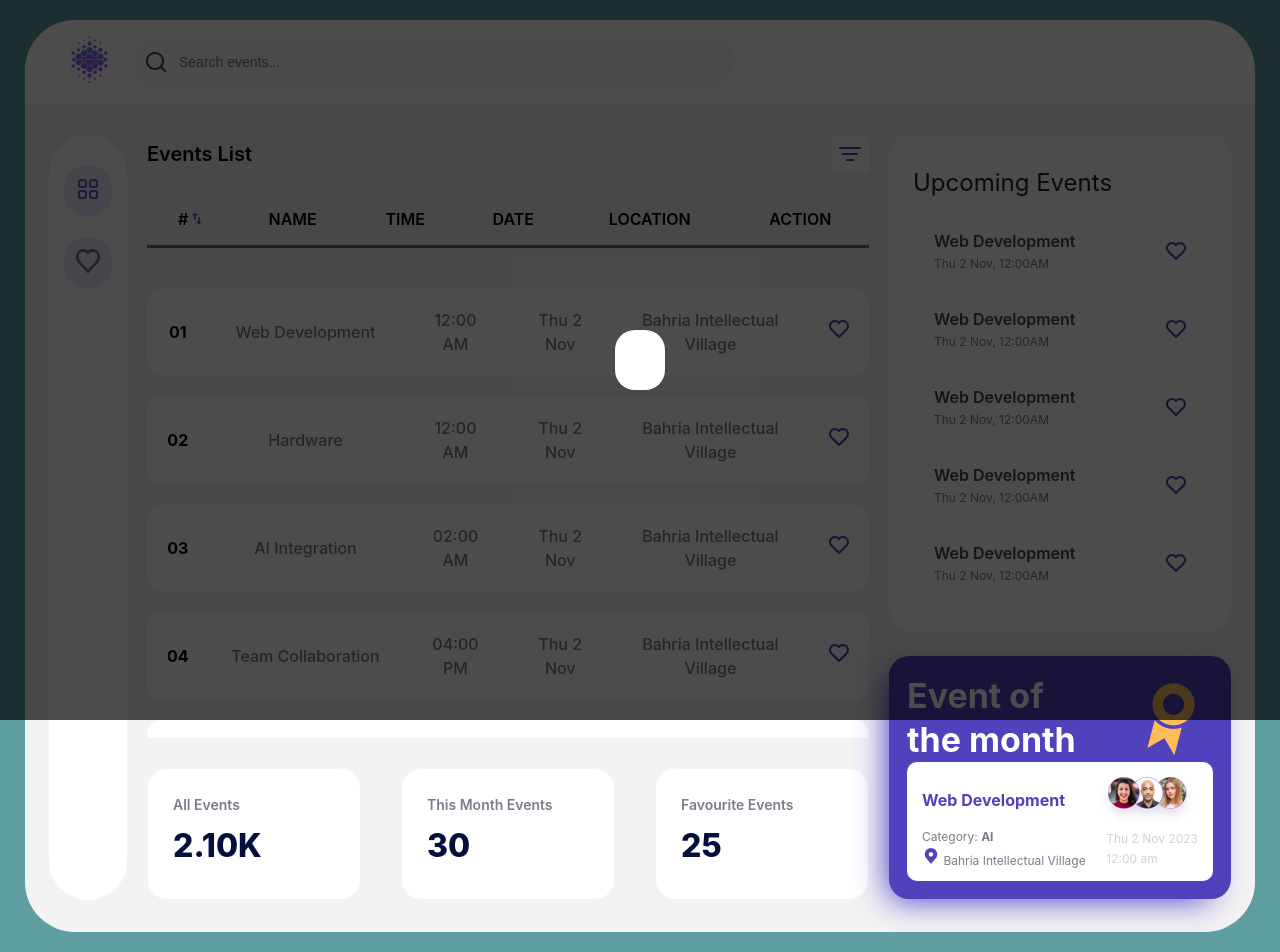
Repository: ahmadunitedsol710/react-dashboard
Page: /, after clicking the first element matching `tr.body_row`
An editor plug-in stored every save of this project. The page is shown before and after the next save, followed by the edit.
The browser window is 1280 px wide. The pictures show the whole page.
An inner scrolling area shows only its first screen. The project was rebuilt for these pictures with package versions that can differ from the ones it lists, and the page was loaded fresh each time.

Above is the page before, as saved 2024-08-02 09:57:18.

### src/App.js
// import {BrowserRouter as Router, Routes, Route} from 'react-router-dom';
import Header from './Components/Header/index';
import Events from './Components/Body/Events';
import './App.css';

function App() {
  return (
    <div className="App container">
    {/* <Router>
      <Routes>
          <Route path="/" exact element={<Header/>}/>
      </Routes>
    </Router> */}
    <Header/>
    <Events/>
    </div>
  );
}

export default App;

### src/Components/Header/index.js
import '../../App.css';
import logo from '../../Images/logo.png'

const Index = () => {

    return (
        <>
            <div className="header">
                <div className="logo">
                    <img src={logo} alt="logo" />
                </div>
                <div className="search_box">
                    <input type="search"  name="search" placeholder='Search events...' className='srch'/>
                </div>
            </div>
        </>
    )
}

export default Index;

### src/Components/Body/Events.js
import '../../App.css';
import Sidebar from './Sidebar';
import List from './Eventlist';
import Upcommingevent from './Upcomingevent';
import Monthlyevent from './Monthlyevent'
import { useEffect, useState } from 'react';

const Events = () => {
    const [showfav, setshowfav] = useState(false)
    const tabledata = [
        {id:"01",name:"Web Development",time:'12:00 AM',date:"Thu 2 Nov",location:"Bahria Intellectual Village"},

        {id:"02",name:"Hardware",time:'12:00 AM',date:"Thu 2 Nov",location:"Bahria Intellectual Village"},

        {id:"03",name:"AI Integration",time:'02:00 AM',date:"Thu 2 Nov",location:"Bahria Intellectual Village"},

        {id:"04",name:"Team Collaboration",time:'04:00 PM',date:"Thu 2 Nov",location:"Bahria Intellectual Village"},

        {id:"05",name:"Front End Development",time:'06:00 PM',date:"Thu 2 Nov",location:"Bahria Intellectual Village"},

        {id:"06",name:"Front End Development",time:'06:00 PM',date:"Thu 2 Nov",location:"Bahria Intellectual Village"},

        {id:"07",name:"Front End Development",time:'06:00 PM',date:"Thu 2 Nov",location:"Bahria Intellectual Village"},

        {id:"08",name:"Front End Development",time:'06:00 PM',date:"Thu 2 Nov",location:"Bahria Intellectual Village"}
   ]

   const [storedData, setStoredData] = useState([])
   useEffect(()=>{
    setStoredData(localStorage.getItem("favourite") ? JSON.parse([localStorage.getItem("favourite")]) : [])
   }, [])

   const eventdata = [
    {id:1, name:"Web Development",date_time:'Thu 2 Nov, 12:00AM'},
    {id:2, name:"Web Development",date_time:'Thu 2 Nov, 12:00AM'},
    {id:3, name:"Web Development",date_time:'Thu 2 Nov, 12:00AM'},
    {id:4, name:"Web Development",date_time:'Thu 2 Nov, 12:00AM'},
    {id:5, name:"Web Development",date_time:'Thu 2 Nov, 12:00AM'},
    {id:6, name:"Web Development",date_time:'Thu 2 Nov, 12:00AM'},
    {id:7, name:"Web Development",date_time:'Thu 2 Nov, 12:00AM'},
    {id:8, name:"Web Development",date_time:'Thu 2 Nov, 12:00AM'},
    {id:9, name:"Web Development",date_time:'Thu 2 Nov, 12:00AM'}
]

   const [storedList, setStoredList] = useState([])
   useEffect(()=>{
    setStoredList(localStorage.getItem("list") ? JSON.parse([localStorage.getItem("list")]) : [])
   }, [])



    return (
        <>
            <div className="events">
                <div className='parent_block'>
                    <Sidebar setshowfav={setshowfav}/>
                    <List showfav={showfav} favdata={storedData} tabledata={tabledata} setStoredData={setStoredData}/>

                     <div className='child_block'>
                        <Upcommingevent showfav={showfav} favdata={storedList} eventdata={eventdata} setStoredList={setStoredList}/>
                        {!showfav && <Monthlyevent/> }
                    </div>

                </div>
            </div>
        </>
    )
}

export default Events;

### src/App.css
body {
  background-color: cadetblue;
}

.container {
  max-width: 1440px;
  margin: 20px auto;
  padding: 0 25px;
  box-sizing: border-box;
}

.App-logo {
  height: 40vmin;
  pointer-events: none;
}

@media (prefers-reduced-motion: no-preference) {
  .App-logo {
    animation: App-logo-spin infinite 20s linear;
  }
}

.App-header {
  background-color: #282c34;
  min-height: 100vh;
  display: flex;
  flex-direction: column;
  align-items: center;
  justify-content: center;
  font-size: calc(10px + 2vmin);
  color: white;
}

.App-link {
  color: #61dafb;
}

@keyframes App-logo-spin {
  from {
    transform: rotate(0deg);
  }
  to {
    transform: rotate(360deg);
  }
}

::-webkit-scrollbar {
  width: 5px;
}

/* Track */
::-webkit-scrollbar-track {
  box-shadow: inset 0 0 5px grey;
  border-radius: 10px;
}

/* Handle */
::-webkit-scrollbar-thumb {
  background: #D9D9D9;
  border-radius: 10px;
}

/* Handle on hover */
::-webkit-scrollbar-thumb:hover {
  background: #6e6e6e;
}


/* Header */
.header { display: flex; justify-content: center; align-items: center; gap: 20px; background-color: #ffffff; padding: 15px 40px; border-radius: 50px 50px 0 0; }

.header .search_box { position: relative; width: 100%; }

.header .search_box .srch { background-image: url(./Images/Search.png); background-repeat: no-repeat; background-color: #F9FAFC; background-position: 10px center; border: none; padding: 13px 45px; width: 600px; border-radius: 50px; font-size: 14px; font-weight: 400; color: #3D4756; line-height: 22px; }


/* Events */
.events { background-color: #f3f3f3; padding: 32px 24px; box-sizing: border-box; border-radius: 0 0 50px 50px; }

.events .parent_block { display: flex; gap: 20px; justify-content: space-between; }

.events .parent_block .child_block { max-width: 380px; width: 100%; }

/* Sidebar */
.sidebar { display: flex; flex-direction: column; background-color: #ffffff; max-width: 80px; padding: 30px 15px; box-sizing: border-box; border-radius: 40px; }

.image { background-color: #ECEAFF; margin-bottom: 20px; border-radius: 25px; }

.sidebar_img { width: 24px; height: 24px; padding: 12px; }

/* Event list */
.event_details { /*max-width: 850px; */ width: calc(100% - 460px); }

.event_details .evenlist .main { display: flex; justify-content: space-between; align-items: center; }

.event_details .evenlist .main .heading { font-size: 20px; font-weight: 600; line-height: 30px; margin: 0; }

.event_details .evenlist .main .filter { background-color: #ffffff; padding: 5px; border-radius: 5px; box-sizing: border-box; }

table { border-collapse: separate; border-spacing: 0 20px;  width: 100%}

.tbody_container { overflow-y: auto; max-height: 470px; }

th { text-align: center; font-size: 16px; font-weight: 600; line-height: 22px; padding: 15px 20px; box-sizing: border-box; border-bottom: 3px solid #6a6a6a; }

.index { font-size: 16px; font-weight: bolder; line-height: 24px; }

.body_row td { background-color: #ffffff; padding: 20px; text-align: center; }

.body_row td:first-child { border-radius: 15px 0 0 15px; }

.body_row td:last-child { border-radius: 0 15px 15px 0; }

.body_row .details { font-size: 16px; font-weight: 500; line-height: 24px; color: #797d8c; cursor: pointer;}

.cards { display: flex; align-items: center; gap: 40px; margin-top: 30px; }

.cards .all_events, .cards .this_month, .cards .fav_events { background-color: #ffffff; border-radius: 20px; border: 1px solid #f3f3f3; width: 260px; padding: 25px 25px 33px; box-sizing: border-box; }

.cards .text { color: #797d8c; font-size: 14px; font-weight: 600; line-height: 22px; margin: 0; }

.cards .title { font-size: 32px; line-height: 40px; font-weight: 800; margin: 10px 0 0; color: #04103b; }



/* Upcoming events */
.upcomingevents { background-color: #ffffff; border-radius: 20px; padding: 32px 24px; box-sizing: border-box; }

.upcomingevents .title { font-size: 24px; line-height: 32px; font-weight: 400; color: #1e232a; margin: 0 0 20px; }

.upcomingevents .events_list { margin: 0; padding: 0; height: 380px; overflow-y: auto; }

.upcomingevents .events_list .event { border: 1px solid #f3f3f3; list-style-type: none; border-radius: 15px; padding: 10px 20px; display: flex; align-items: center; justify-content: space-between; margin-bottom: 10px; }

.upcomingevents .events_list .event:last-child { margin-bottom: 0; }

.upcomingevents .events_list .event .event_title { font-size: 16px; font-weight: 600; line-height: 22px; color: #3d4756; margin: 0; }

.upcomingevents .events_list .event .event_date_time { font-size: 12px; font-weight: 400; line-height: 24px; color: #797D8C; margin: 0; }


/* Monthly event */
.monthly_event { background-color: #5041bc; color: #ffffff; padding: 18px; box-sizing: border-box; border-radius: 20px; margin-top: 25px; box-shadow: -10px 10px 33px -10px #4533C9; }

.monthly_event .upper_part { display: flex; justify-content: space-between; align-items: center; }

.monthly_event .upper_part .heading { max-width: 180px; margin: 0; font-size: 34px; font-weight: 700; line-height: 44px; }

.bottom_part { background-color: #ffffff; color: #5041BC; border-radius: 10px; padding: 10px 15px; }

.bottom_part .first_row, .bottom_part .second_row { display: flex; justify-content: space-between; align-items: center; }

.bottom_part .first_row .course_title { margin: 0; font-size: 16px; font-weight: 700; line-height: 26px; }

.bottom_part .second_row { font-size: 12px; font-weight: 400; line-height: 20px; }

.bottom_part .second_row .cat_loc { color: #797D8C; }

.bottom_part .second_row .date_time { color: #D2D2D2; }




/* Detail Popup */
.overlay {
  position: fixed;
  top: 0;
  left: 0;
  width: 100%;
  height: 100%;
  background: rgba(0, 0, 0, 0.7);
}

.overlay .detailpopup {
  position: absolute;
  background-color: #ffffff;
  transform: translate(-50%, -50%);
  left: 50%;
  top: 50%;
  border-radius: 20px;
  padding: 30px 25px;
  box-sizing: border-box;
}

### src/Components/Body/Sidebar.js
import '../../App.css';
import grid from '../../Images/grid.png';
import favourite from '../../Images/fav.png'

const sidebar = ({setshowfav}) => {

    return (
        <>
            <div className="sidebar">
                <div className="image">
                    <img src={grid} alt="grid" className='sidebar_img' onClick={()=>setshowfav(false)}/>
                </div>
                <div className="image">
                    <img src={favourite} alt="favourite" className='sidebar_img' onClick={()=>setshowfav(true)}/>
                </div>
            </div>
        </>
    )
}

export default sidebar;

### src/Components/Body/Eventlist.js
import '../../App.css';
import swap from '../../Images/swap.png';
import emptyfav from '../../Images/empty_fav.png'
import fillfav from '../../Images/fill_fav.png'
import filter from '../../Images/filter.png'
import { useEffect, useState } from 'react';
import Detailpopup from './Detailpopup';

const Eventlist = ({showfav, favdata, tabledata, setStoredData}) => {
    const [showModal, setShowModal] = useState(false)


    const add_fav = (data) => {
        const isFav = favdata.some(favitem => favitem.id === data.id)

        if (isFav) {
            // setStoredData(favdata.filter(favitem => favitem.id !== data.id));
            const updatedFavData = favdata.filter(favItem => favItem.id !== data.id);
            setStoredData(updatedFavData);
            localStorage.setItem("favourite", JSON.stringify(updatedFavData))

            console.log("else 1")
        }
        else {
            const updatedFavData = [...favdata, data];
            setStoredData(updatedFavData);
            localStorage.setItem("favourite", JSON.stringify(updatedFavData))
            console.log("else 2")
        }
    };

    const closeModal = () => {
        setShowModal(false)
    }

       const all_events = {text:"All Events", title:"2.10K"}
       const this_month = {text:"This Month Events", title:"30"}
       const fav_events = {text:"Favourite Events", title:"25"}
    return (
        <>
            <div className="event_details">
                <div className="evenlist">
                    <div className="main">
                        <h2 className='heading'>Events List</h2>
                        <img src={filter} alt="filter" className='filter' />
                    </div>
                    <div className="table_data">
                        <table className="table">
                            <thead className='table_head'>
                                <tr>
                                    <th># <img src={swap} alt="swap" /> </th>
                                    <th>NAME</th>
                                    <th>TIME</th>
                                    <th>DATE</th>
                                    <th>LOCATION</th>
                                    <th>ACTION</th>
                                </tr>
                            </thead>
                        </table>
                        <div className="tbody_container">
                            <table>
                                <tbody>
                                    {!showfav ? tabledata.map((data)=>(
                                        <tr className='body_row' key={data.id} onClick={()=>setShowModal(true)}>
                                        <td className='index' data-label="index">{data?.id}</td>
                                        <td className='details' data-label="name">{data?.name}</td>
                                        <td className='details' data-label="time">{data?.time}</td>
                                        <td className='details' data-label="date">{data?.date}</td>
                                        <td className='details' data-label="location">{data?.location}</td>
                                        <td className='details' data-label="location"> <img src={favdata.some(favitem => favitem.id === data.id) ? fillfav : emptyfav} alt="favourite"
                                        onClick={()=>add_fav(data)}/></td>
                                    </tr>)) :
                                    favdata.map((data)=>(
                                        <tr className='body_row' key={data.id} onClick={()=>setShowModal(true)}>
                                        <td className='index' data-label="index">{data?.id}</td>
                                        <td className='details' data-label="name">{data?.name}</td>
                                        <td className='details' data-label="time">{data?.time}</td>
                                        <td className='details' data-label="date">{data?.date}</td>
                                        <td className='details' data-label="location">{data?.location}</td>
                                        <td className='details' data-label="location"> <img src={favdata.some(favitem=>favitem.id === data.id) ? fillfav : emptyfav} alt="favourite"
                                        onClick={()=>add_fav(data)}/></td>
                                    </tr>
                                    ))}
                                </tbody>
                            </table>
                        </div>
                    </div>
                </div>

             {!showfav &&   <div className="cards">
                    <div className="all_events">
                        <p className='text'>{all_events.text}</p>
                        <h2 className='title'>{all_events.title}</h2>
                    </div>
                    <div className="this_month">
                        <p className='text'>{this_month.text}</p>
                        <h2 className='title'>{this_month.title}</h2>
                    </div>
                    <div className="fav_events">
                        <p className='text'>{fav_events.text}</p>
                        <h2 className='title'>{fav_events.title}</h2>
                    </div>
                </div>}
            </div>
            {showModal && <Detailpopup closeModal={closeModal}/>}
        </>
    )
}

export default Eventlist;

### src/Components/Body/Upcomingevent.js
import emptyfav from '../../Images/empty_fav.png'
import fillfav from '../../Images/fill_fav.png'

const Upcommingevent = ({showfav, eventdata, setStoredList, favdata}) => {

    const add_fav = (list) => {
        const isFav = favdata.some(favitem => favitem.id === list.id)

        if (isFav) {
            const updatedFavData = favdata.filter(favItem => favItem.id !== list.id);
            setStoredList(updatedFavData);
            localStorage.setItem("list", JSON.stringify(updatedFavData))
            console.log("else 1")
        }
        else {
            const updatedFavData = [...favdata, list];
            setStoredList(updatedFavData);
            localStorage.setItem("list", JSON.stringify(updatedFavData))
            console.log("else 2")
        }
    };

    return (
        <>  {/* add multiple tags when use empty tags */}
            <div className="upcomingevents">
                <h2 className="title">Upcoming Events</h2>

                <ul className="events_list">
                    {!showfav ? eventdata.map((list) => (
                        <li className="event" key={list.id}>
                            <div className="title_date_time">
                                <p className="event_title">{list.name}</p>
                                <p className="event_date_time">{list.date_time}</p>
                            </div>
                            <div>
                                <img src={favdata.some(favitem => favitem.id === list.id) ? fillfav : emptyfav} alt="emptyfav"
                                onClick={()=>add_fav(list)}/>
                            </div>
                        </li>
                    )) :
                    favdata.map((list) => (
                        <li className="event" key={list.id}>
                            <div className="title_date_time">
                                <p className="event_title">{list.name}</p>
                                <p className="event_date_time">{list.date_time}</p>
                            </div>
                            <div>
                                <img src={favdata.some(favitem => favitem.id === list.id) ? fillfav : emptyfav} alt="emptyfav"
                                onClick={()=>add_fav(list)}/>
                            </div>
                        </li>
                    ))}
                </ul>
            </div>
        </>
    )

}

export default Upcommingevent;

### src/Components/Body/Monthlyevent.js
import loc from '../../Images/location.png'
import teacher_img from '../../Images/user.png'
import pin from '../../Images/pin.png'


const MonthlyEvent = () => {
    const course_details = {name:"Web Development", image:teacher_img, category:"AI", location:"Bahria Intellectual Village", date:"Thu 2 Nov 2023", time:"12:00 am" }
    return (
        <>
        <div className="monthly_event">
            <div className="upper_part">
                <h1 className="heading">Event of the month</h1>
                <img src={loc} alt="location" />
            </div>

            <div className="bottom_part">
                <div className="first_row">
                    <h3 className='course_title'>{course_details.name}</h3>
                    <img src={course_details.image} alt="teachers" />
                </div>
                <div className="second_row">
                    <div className="cat_loc">
                        <div>Category: <strong>{course_details.category}</strong></div>
                        <div> <img src={pin} alt="pin" />  {course_details.location}</div>
                    </div>
                    <div className="date_time">
                        <div className="date">{course_details.date}</div>
                        <div className="time">{course_details.time}</div>
                    </div>
                </div>
            </div>
        </div>
        </>
    )
}


export default MonthlyEvent;

### src/Components/Body/Detailpopup.js

import pin from '../../Images/pin.png'

const Detailpopup = ({closeModal}) => {
    return (
        <>
        <div className="overlay" onClick={closeModal}>
            <div className="detailpopup">
                <div className="course_Details">
                    <div className="title_time">

                    </div>
                </div>
            </div>
        </div>
        </>
    )
}

export default Detailpopup;

Loaded but not shown: public/index.html (common file); src/index.js (common file); src/index.css (common file); src/reportWebVitals.js (common file)

After the next save:
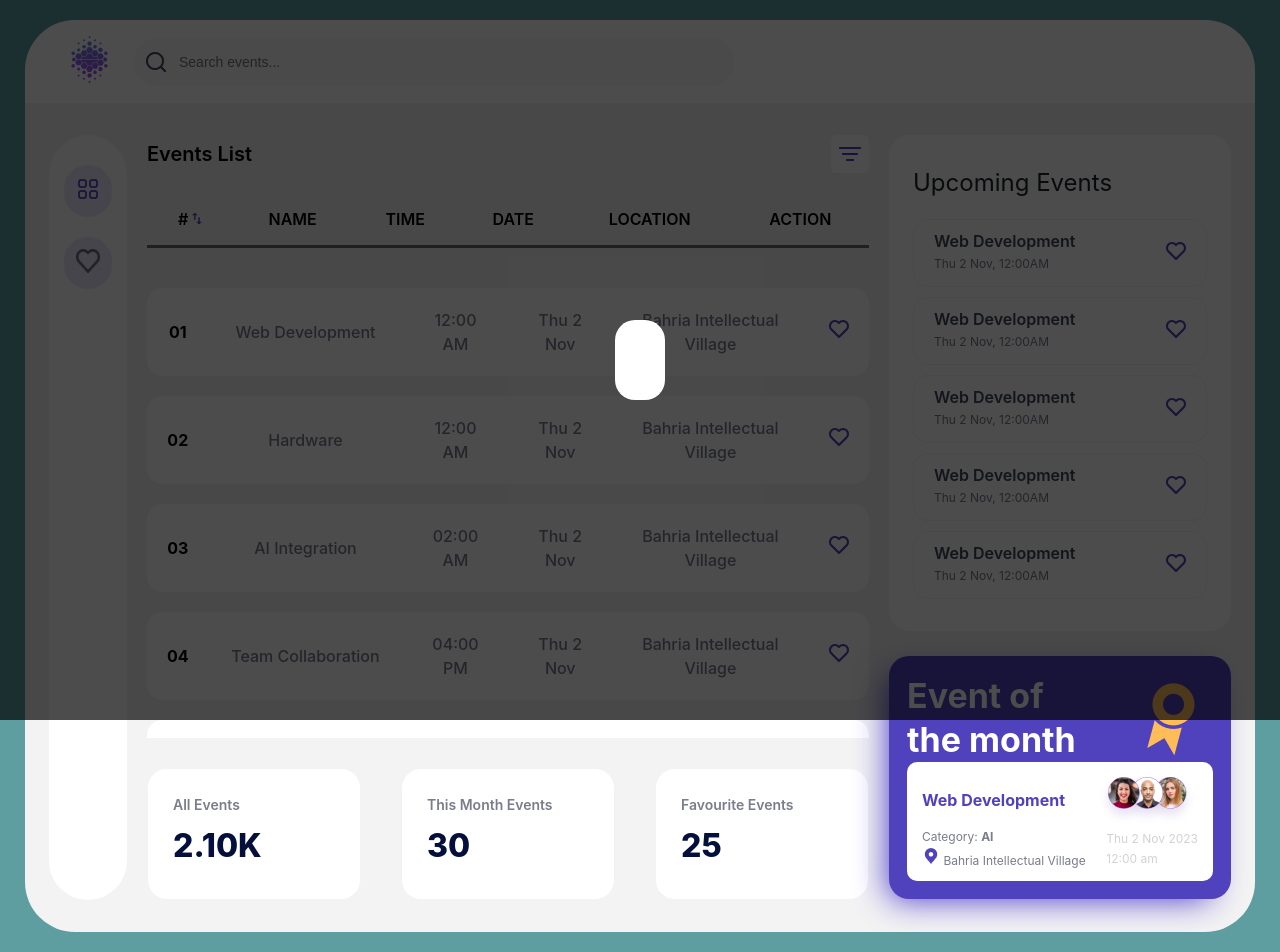
Saved 4 s later.
--- a/src/Components/Body/Detailpopup.js
+++ b/src/Components/Body/Detailpopup.js
@@ -8,7 +8,7 @@ const Detailpopup = ({closeModal}) => {
             <div className="detailpopup">
                 <div className="course_Details">
                     <div className="title_time">
-
+                        <h2 className="title"></h2>
                     </div>
                 </div>
             </div>
